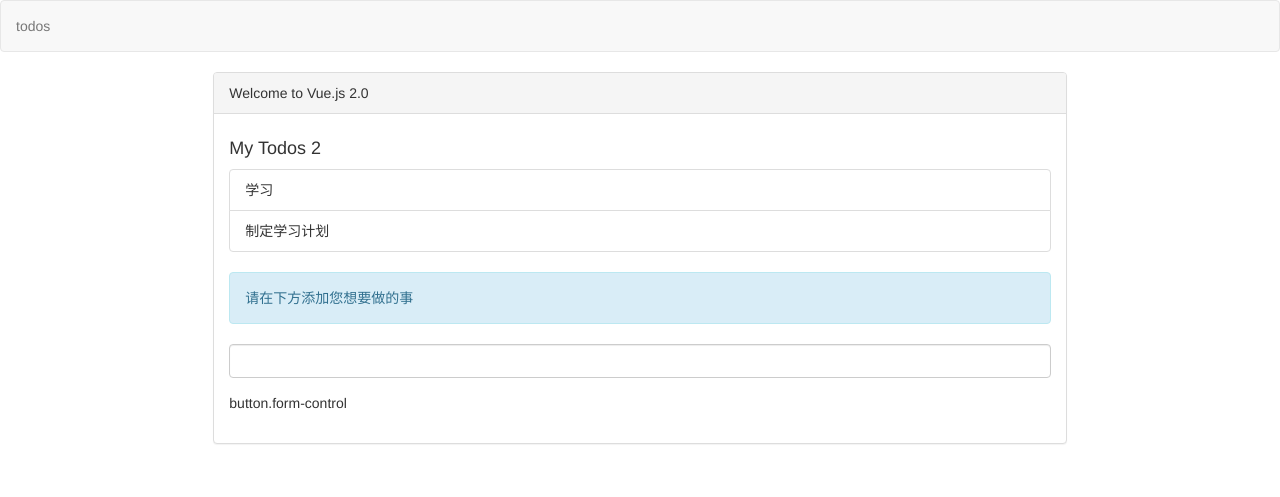
Repository: myr1111/todo
Page: Todoapp/index.html
The author's editor kept a copy of each file at every save. The page is drawn from the files as they stood at one save, then again after a run of saves.
The browser window is 1280 px wide. The pictures show the whole page.

Above is the page before, as saved 2019-04-01 08:28:23.

After the next 3 saves:
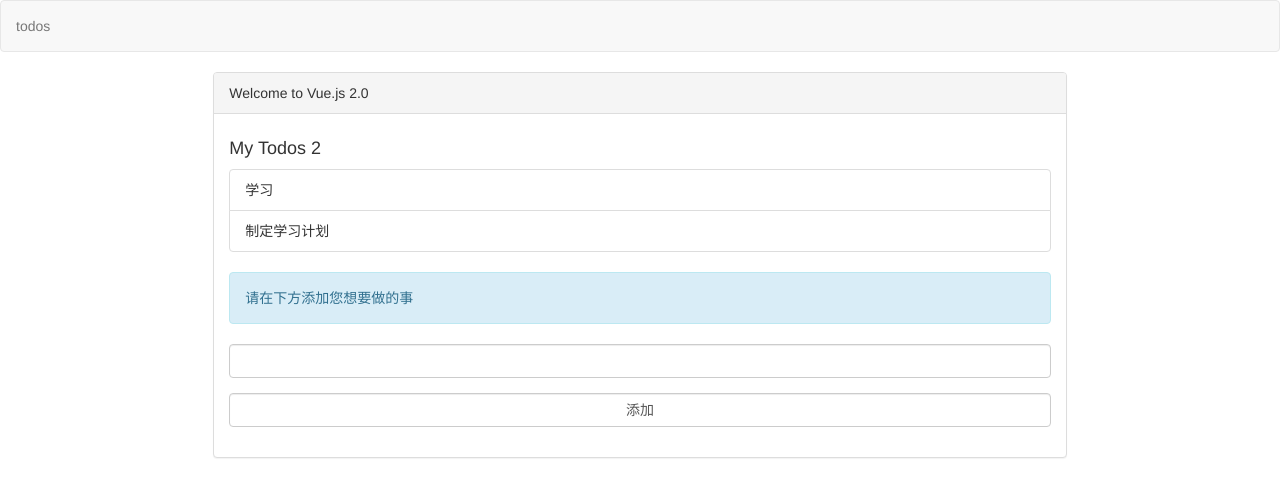
The 3 saves are shown as one change because they came seconds apart.
The last was saved 14 s later.
--- a/Todoapp/index.html
+++ b/Todoapp/index.html
@@ -29,7 +29,7 @@
                             <input type="text" class="form-control">
                         </div>
                         <div class="form-group">
-                            button.form-control
+                            <button  class="form-control">添加</button>
                         </div>
                     </form>
                 </div>
